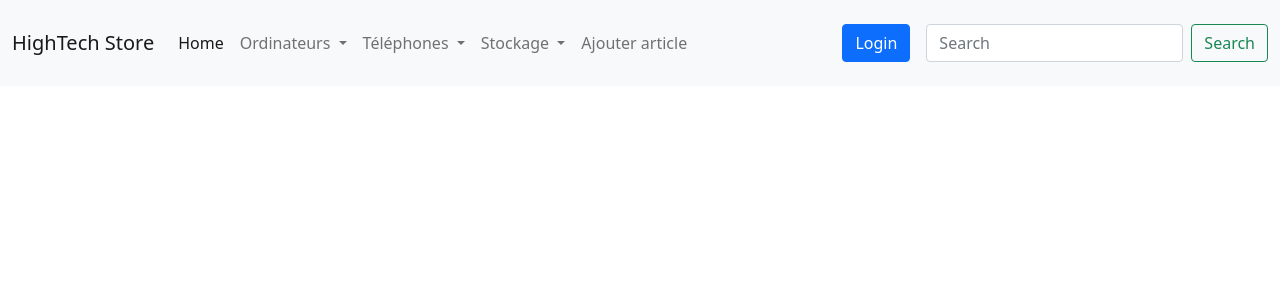
Repository: HaPhuong-krys/M1-angular
Page: /
An editor plug-in stored every save of this project. The page is shown before and after a run of saves, followed by the edit.
The browser window is 1280 px wide. The pictures show the whole page.
The page's requests for data from a server got no answer. The project was rebuilt for these pictures with package versions that can differ from the ones it lists, and the page was loaded fresh each time. No one was signed in, and anything a server would have sent is missing. Also part of the build but not shown: angular.json, src/app/connexion/connexion.component.ts, src/app/home/home.component.ts, src/app/pc-bureau/pc-bureau.component.ts, src/app/pc-portable/pc-portable.component.ts, src/app/ajouter-article-form/ajouter-article-form.component.ts, src/app/Model/Articles.ts, src/app/accessoire-ordi/accessoire-ordi.component.ts and 11 more.

Above is the page before, as saved 2023-04-23 16:43:44.

After the next 2 saves:
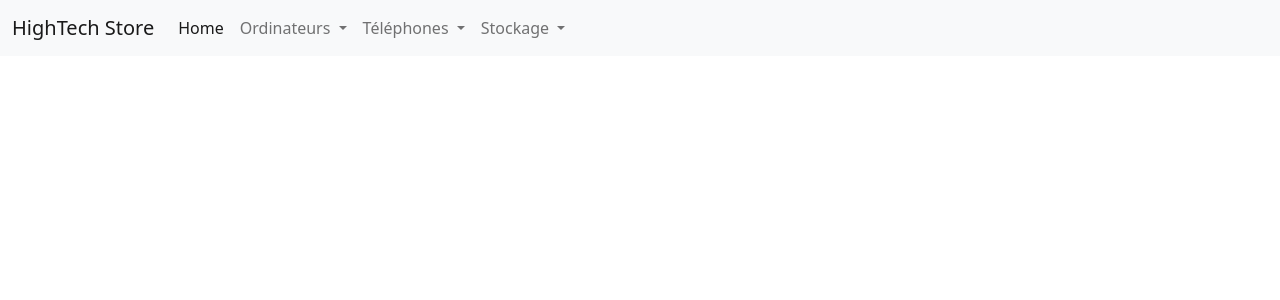
The 2 saves are shown as one change because they came seconds apart.
The last was saved 4 min 32 s later.
--- a/src/app/navbar/navbar.component.html
+++ b/src/app/navbar/navbar.component.html
@@ -1,81 +1,44 @@
-
 <nav class="navbar navbar-expand-lg navbar-light bg-light">
-    <div class="container-fluid">
-      <a class="navbar-brand" routerLink="/home">HighTech Store</a>
-      <button class="navbar-toggler" type="button" data-bs-toggle="collapse" data-bs-target="#navbarSupportedContent" aria-controls="navbarSupportedContent" aria-expanded="false" aria-label="Toggle navigation">
-        <span class="navbar-toggler-icon"></span>
-      </button>
-      <div class="collapse navbar-collapse" id="navbarSupportedContent">
-        <ul class="navbar-nav me-auto mb-2 mb-lg-0">
-          <li class="nav-item">
-            <a class="nav-link active" aria-current="page" href="/home">Home</a>
-          </li>
-          <li class="nav-item dropdown">
-            <a class="nav-link dropdown-toggle" href="#" id="navbarDropdown" role="button" data-bs-toggle="dropdown" aria-expanded="false">
-              Ordinateurs
-            </a>
-            <ul class="dropdown-menu" aria-labelledby="navbarDropdown">
-              <li><a class="dropdown-item" routerLink="/PcPortable">Pc Portables</a></li>
-              <li><a class="dropdown-item" routerLink="/PcBureau">Pc de bureau</a></li>
-              <li><hr class="dropdown-divider"></li>
-              <li><a class="dropdown-item" href="/AccessoireOrdi">Accessoires</a></li>
-            </ul>
-          </li>
-          <li class="nav-item dropdown">
-            <a class="nav-link dropdown-toggle" href="#" id="navbarDropdown" role="button" data-bs-toggle="dropdown" aria-expanded="false">
-              Téléphones
-            </a>
-            <ul class="dropdown-menu" aria-labelledby="navbarDropdown">
-              <li><a class="dropdown-item" routerLink="/SmartPhone">Smartphones</a></li>
-              <li><a class="dropdown-item" routerLink="/telephoneFix">Téléphones Fixes</a></li>
-              <li><hr class="dropdown-divider"></li>
-              <li><a class="dropdown-item" href="/AccessoireTelFix">Accessoires</a></li>
-            </ul>
-          </li>
-
-          <li class="nav-item dropdown">
-            <a class="nav-link dropdown-toggle" href="#" id="navbarDropdown" role="button" data-bs-toggle="dropdown" aria-expanded="false">
-              Stockage
-            </a>
-            <ul class="dropdown-menu" aria-labelledby="navbarDropdown">
-              <li><a class="dropdown-item" routerLink="/DisqueDur">Disque Dur</a></li>
-              <li><a class="dropdown-item" routerLink="/USB">Clé USB</a></li>
-              <li><hr class="dropdown-divider"></li>
-              <li><a class="dropdown-item" href="/AccessoireStock">Accessoire</a></li>
-            </ul>
-          </li>
-
-          <li class="nav-item">
-            <a class="nav-link" href="/AjouterAticleForm">Ajouter article</a>
-          </li>
-
-
-        </ul>
-
-
-        <div class="d-flex align-items-center justify-content-between text-center">
-          <div class="ml-auto">
-            <ng-container  class="text-truncate"  *ngIf="isLoggedIn$ | async">
-              <svg xmlns="http://www.w3.org/2000/svg" width="16" height="16" fill="currentColor" class="bi bi-person-circle" viewBox="0 0 16 16">
-                <path d="M11 6a3 3 0 1 1-6 0 3 3 0 0 1 6 0z"/>
-                <path fill-rule="evenodd" d="M0 8a8 8 0 1 1 16 0A8 8 0 0 1 0 8zm8-7a7 7 0 0 0-5.468 11.37C3.242 11.226 4.805 10 8 10s4.757 1.225 5.468 2.37A7 7 0 0 0 8 1z"/>
-              </svg>
-              <span class="" *ngIf="currentUser$ | async as currentUser">&nbsp;&nbsp;{{ currentUser.firstname }}</span>
-            </ng-container>
-          </div>
-          <div class="d-flex align-items-center justify-content-between text-center">
-          <ul class="mt-3" *ngIf="isLoggedIn$ | async">
-            <a class="btn btn-danger mx-3" (click)="logout()" routerLink="/Home">Logout</a>
+  <div class="container-fluid">
+    <a class="navbar-brand" routerLink="/home">HighTech Store</a>
+    <button class="navbar-toggler" type="button" data-bs-toggle="collapse" data-bs-target="#navbarSupportedContent" aria-controls="navbarSupportedContent" aria-expanded="false" aria-label="Toggle navigation">
+      <span class="navbar-toggler-icon"></span>
+    </button>
+    <div class="collapse navbar-collapse" id="navbarSupportedContent">
+      <ul class="navbar-nav me-auto mb-2 mb-lg-0">
+        <li class="nav-item">
+          <a class="nav-link active" aria-current="page" routerLink="/home">Home</a>
+        </li>
+        <li class="nav-item dropdown">
+          <a class="nav-link dropdown-toggle" href="#" id="navbarDropdown" role="button" data-bs-toggle="dropdown" aria-expanded="false">
+            Ordinateurs
+          </a>
+          <ul class="dropdown-menu" aria-labelledby="navbarDropdown">
+            <li><a class="dropdown-item" routerLink="/PcPortable">Pc Portables</a></li>
+            <li><a class="dropdown-item" routerLink="/PcBureau">Pc de bureau</a></li>
+            <li><hr class="dropdown-divider"></li>
+            <li><a class="dropdown-item" href="/AccessoireOrdi">Accessoires</a></li>
           </ul>
-          <ul class="mt-3" *ngIf="!(isLoggedIn$ | async)">
-            <a routerLink="/Connexion" class="btn btn-primary mx-3" role="button">Login</a>
+        </li>
+        <li class="nav-item dropdown">
+          <a class="nav-link dropdown-toggle" href="#" id="navbarDropdown" role="button" data-bs-toggle="dropdown" aria-expanded="false">
+            Téléphones
+          </a>
+          <ul class="dropdown-menu" aria-labelledby="navbarDropdown">
+            <li><a class="dropdown-item" routerLink="/SmartPhone">Smartphones</a></li>
+            <li><a class="dropdown-item" routerLink="/telephoneFix">Téléphones Fixes</a></li>
+            <li><hr class="dropdown-divider"></li>
+            <li><a class="dropdown-item" href="/AccessoireTelFix">Accessoires</a></li>
           </ul>
-        </div>
-        <form class="d-flex">
-          <input class="form-control me-2" type="search" placeholder="Search" aria-label="Search">
-          <button class="btn btn-outline-success" type="submit">Search</button>
-        </form>
-      </div>
-      </div>
-    </div>
-  </nav>
+        </li>
+        <li class="nav-item dropdown">
+          <a class="nav-link dropdown-toggle" href="#" id="navbarDropdown" role="button" data-bs-toggle="dropdown" aria-expanded="false">
+            Stockage
+          </a>
+          <ul class="dropdown-menu" aria-labelledby="navbarDropdown">
+            <li><a class="dropdown-item" routerLink="/DisqueDur">Disque Dur</a></li>
+            <li><a class="dropdown-item" routerLink="/USB">Clé USB</a></li>
+            <li><hr class="dropdown-divider"></li>
+            <li><a class="dropdown-item" href="/AccessoireStock">Accessoire</a></li>
+          </ul>
+        </li>
